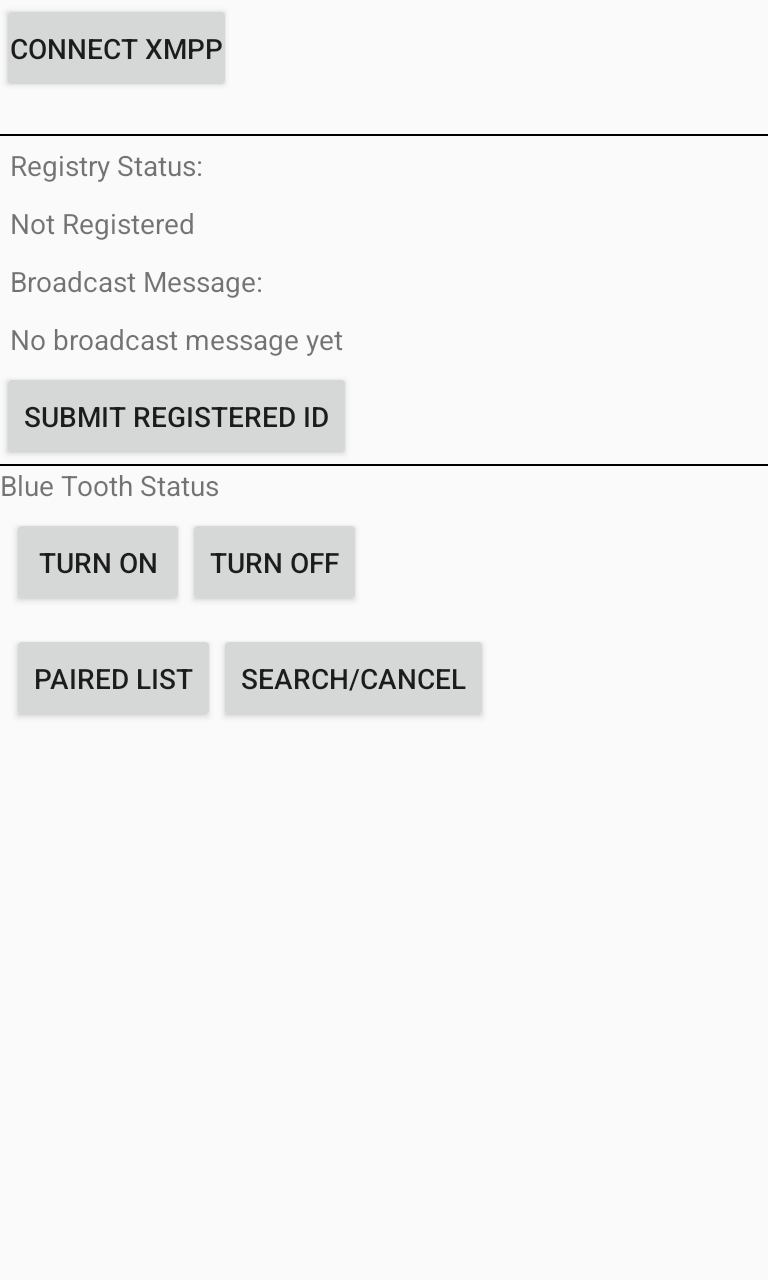
Repository: AlanTai/prjAppIntegration
Layout: prjCandyHouse/res/layout/activity_main.xml
These files come from the project's save history. The layout is drawn as it stood at one moment and after the next save; the edit follows.
It is drawn on a 768 x 1280 px phone screen (xhdpi) without system bars, with theme AppTheme; the app's code is not run. Lists and similar views that code fills are empty.

Above is the layout before, as saved 2014-11-11 23:14:10.

After the next save:
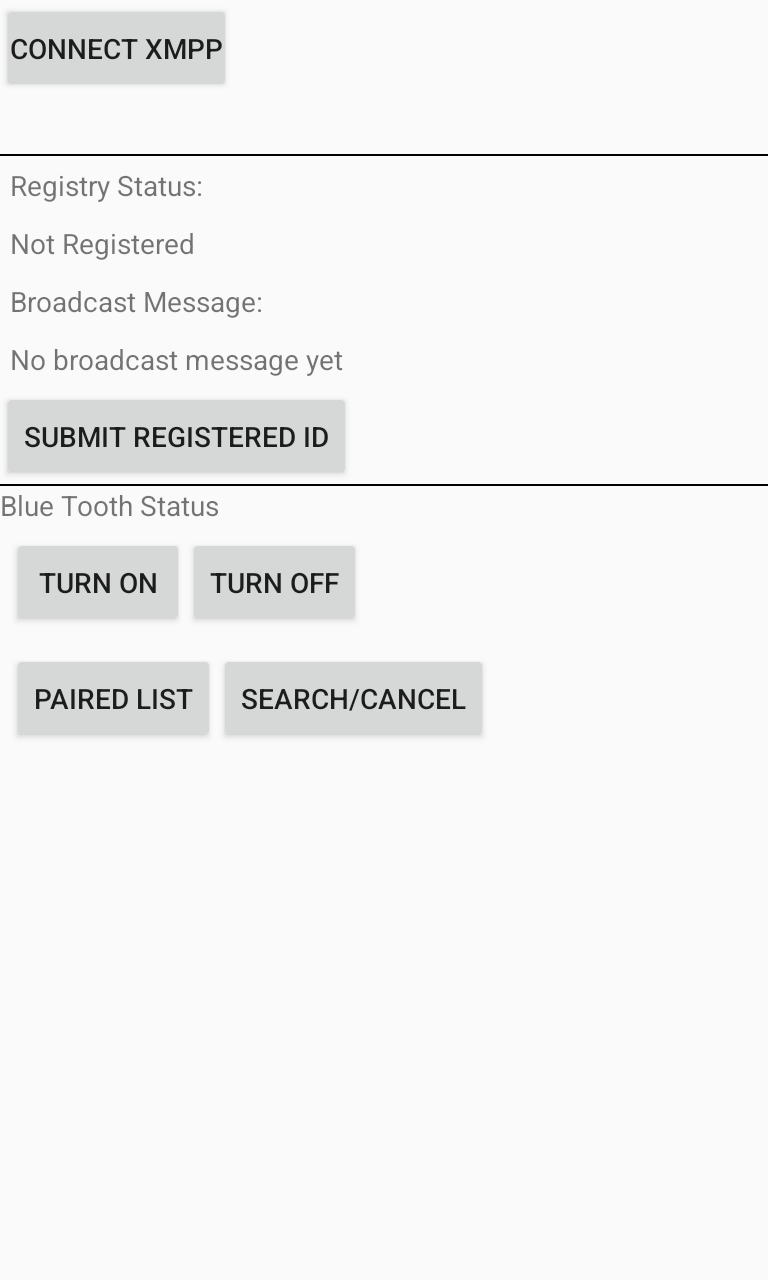
Saved 7 s later.
--- a/prjCandyHouse/res/layout/activity_main.xml
+++ b/prjCandyHouse/res/layout/activity_main.xml
@@ -14,7 +14,8 @@
     <TextView
         android:id="@+id/txtXMPPStatus"
         android:layout_width="wrap_content"
-        android:layout_height="wrap_content"/>
+        android:layout_height="wrap_content"
+        android:padding="5dp"/>
 
     <TextView
         android:layout_height="1dp"
